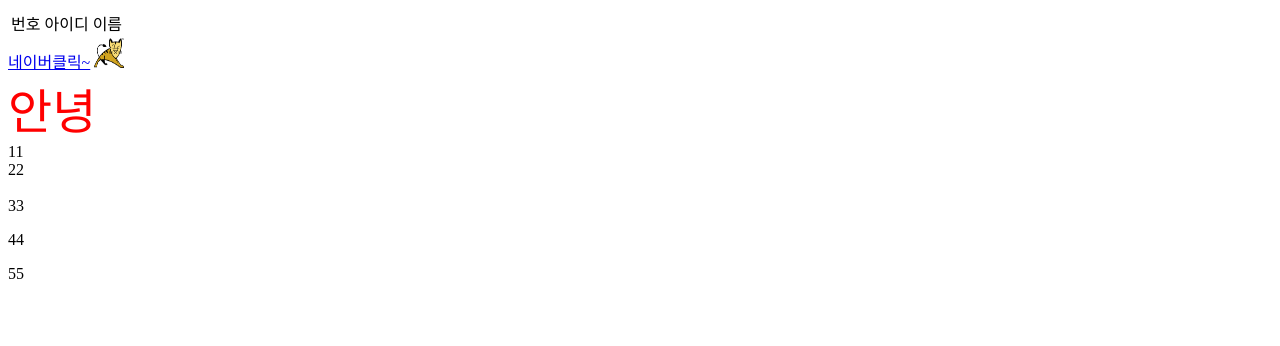
Repository: MinHyeJun/OpenSourceFramework
Page: web_prj/webapp/test.html
An editor plug-in stored every save of this project. The page is shown before and after the next save, followed by the edit.
The browser window is 1280 px wide. The pictures show the whole page.

Above is the page before, as saved 2018-06-26 02:22:05.

### web_prj/webapp/test.html

<html>
<head>
<meta charset="UTF-8">
<title>Insert title here</title>
</head>
<body>
<table>
	<tr>
		<td>번호</td>
		<td>아이디</td>
		<td>이름</td>
	</tr>

</table>

<a href="http://www.naver.com">네이버클릭~</a>
<img src="tomcat.png" width=30 height=30><br>
<font size=10 color=red>안녕</font><br>
11<br>
22<br><br>
33<p>
44<p><p>
55

</body>
</html>

After the next save:
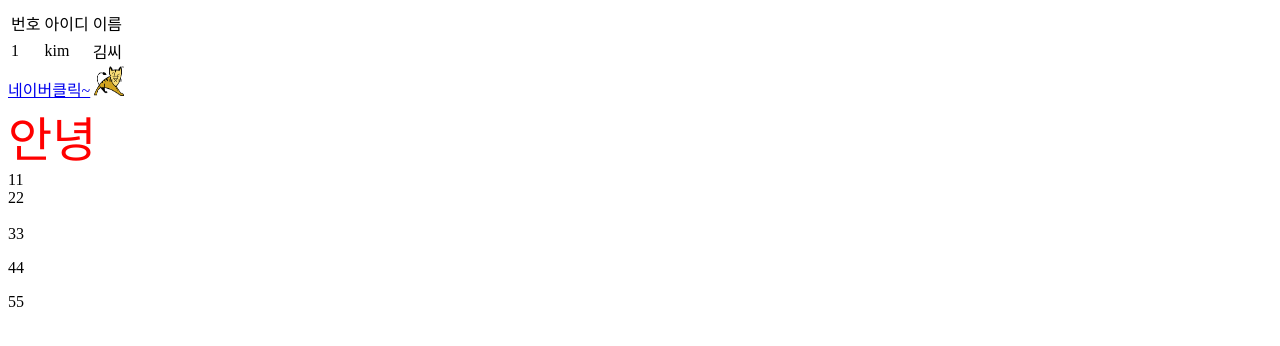
Saved 17 s later.
--- a/web_prj/webapp/test.html
+++ b/web_prj/webapp/test.html
@@ -11,7 +11,11 @@
 		<td>아이디</td>
 		<td>이름</td>
 	</tr>
-
+	<tr>
+		<td>1</td>
+		<td>kim</td>
+		<td>김씨</td>
+	</tr>
 </table>
 
 <a href="http://www.naver.com">네이버클릭~</a>
